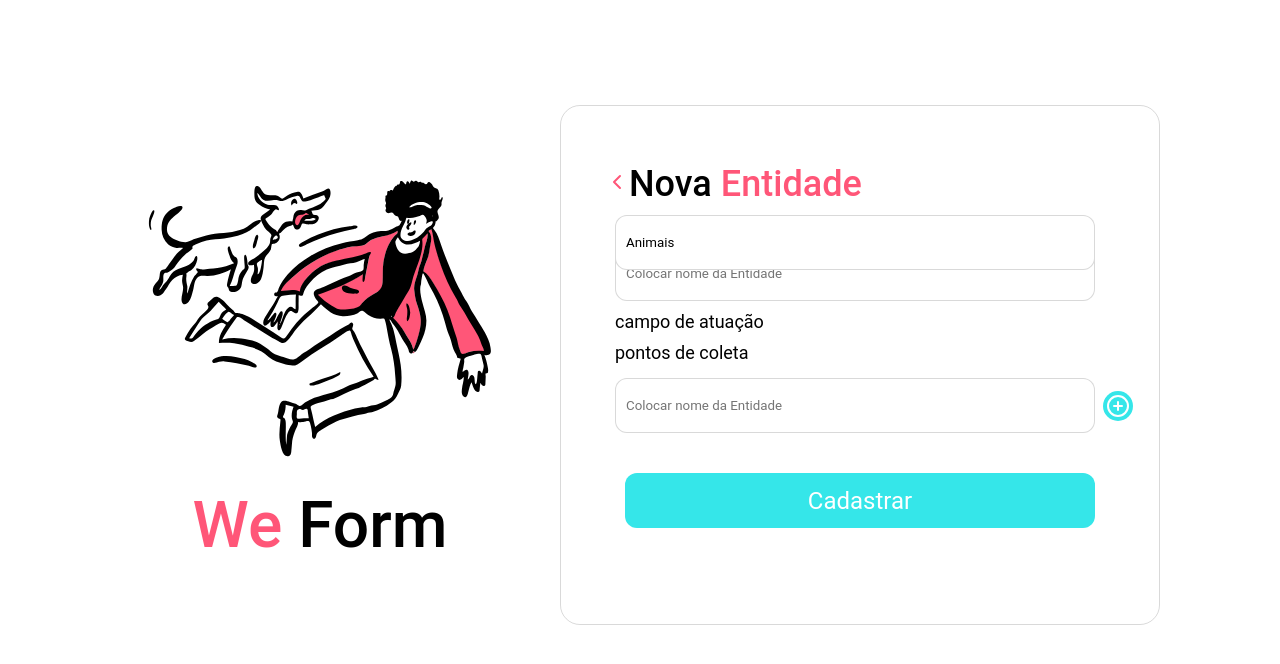
Repository: guilhermecardoso93/we-form
Page: nova-entidade.html
The author's editor kept a copy of each file at every save. The page is drawn from the files as they stood at one save, then again after the next save.
The browser window is 1280 px wide. The pictures show the whole page.
Some web libraries are served in a nearby version.

Above is the page before, as saved 2024-06-09 18:45:30.

After the next save:
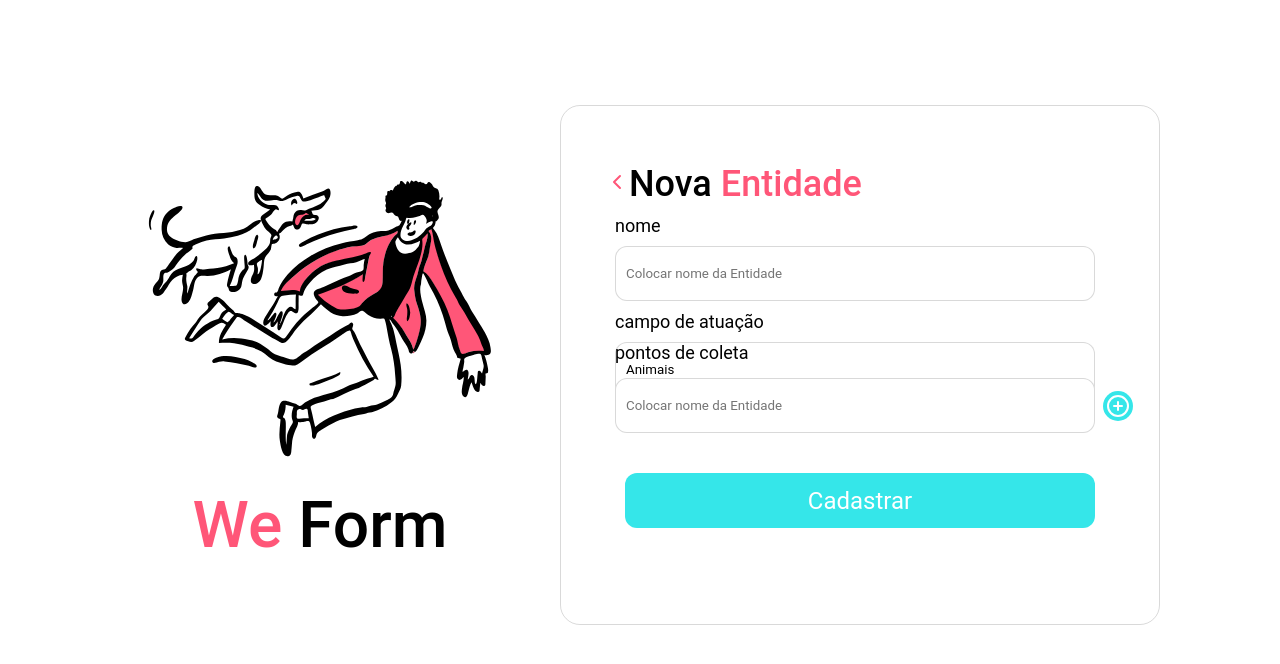
Saved 41 s later.
--- a/nova-entidade.html
+++ b/nova-entidade.html
@@ -32,12 +32,15 @@
                 <input type="text" placeholder="Colocar nome da Entidade" id="nome">
 
                 <label form="field">Campo de Atuação</label>
-                <select type placeholder="Colocar o campo de Atuação da Entidade" id="field">
-                            <option value="" disabled>Selecione uma opção</option>
-                            <option>Animais</option>
-                            <option>Crianças</option>
-                            <option>Meio Ambiente</option>
-                        </select>
+                <div class="select-div">
+                    <select type placeholder="Colocar o campo de Atuação da Entidade" id="field">
+                        <option value="" disabled>Selecione uma opção</option>
+                        <option>Animais</option>
+                        <option>Crianças</option>
+                        <option>Meio Ambiente</option>
+                    </select>
+                </div>
+
 
                 <div class="points-things">
                     <label form="points">Pontos de coleta</label>
